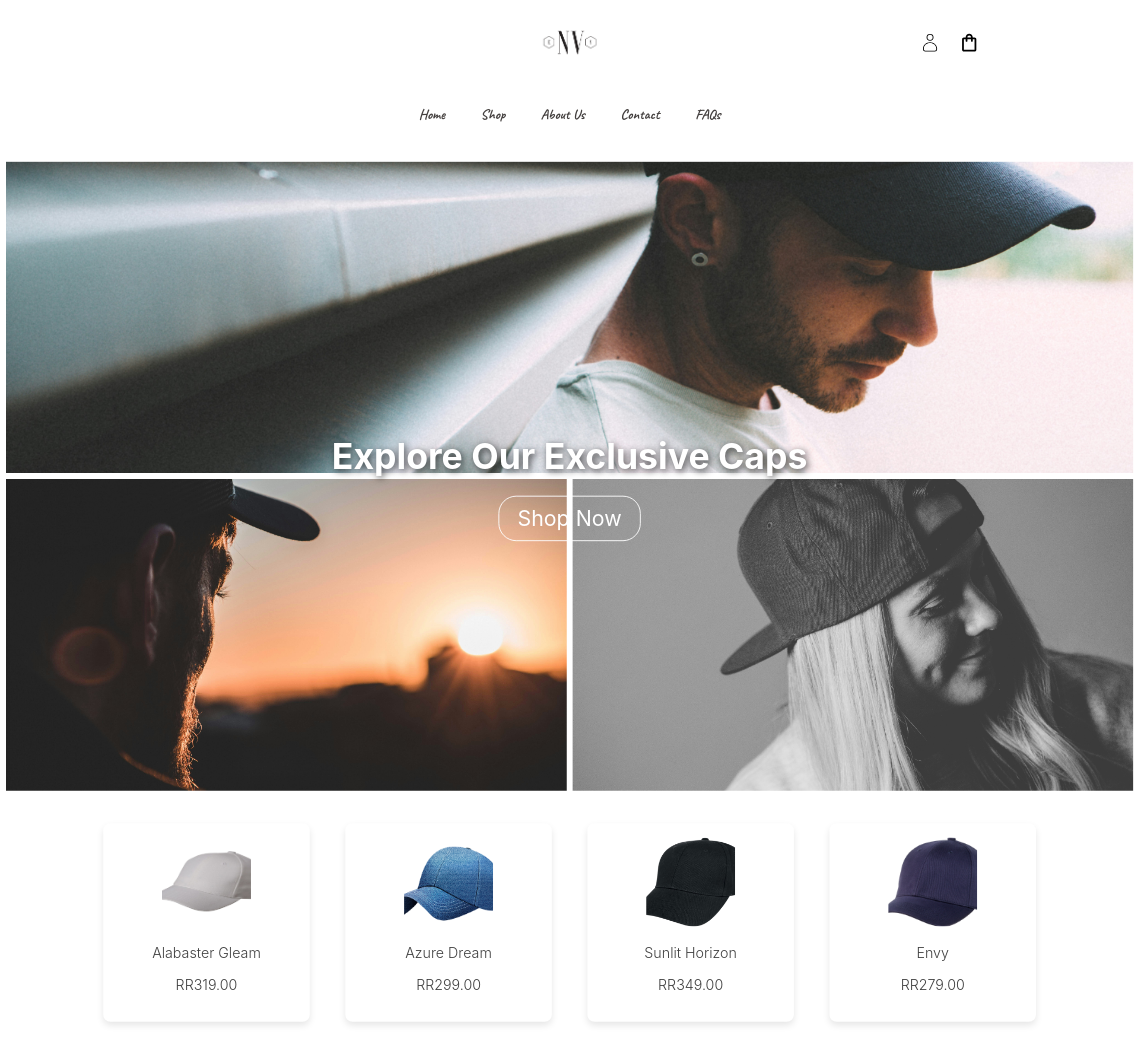
Repository: lasity34/new-envy
Page: / (app in my-new-envy/)
The author's editor kept a copy of each file at every save. The page is drawn from the files as they stood at one save, then again after the next save.
The browser window is 1280 px wide. The pictures show the whole page, at 89% of full size.
The project was rebuilt for these pictures with package versions that can differ from the ones it lists, and the page was loaded fresh each time.

Above is the page before, as saved 2024-04-22 13:48:57.

After the next save:
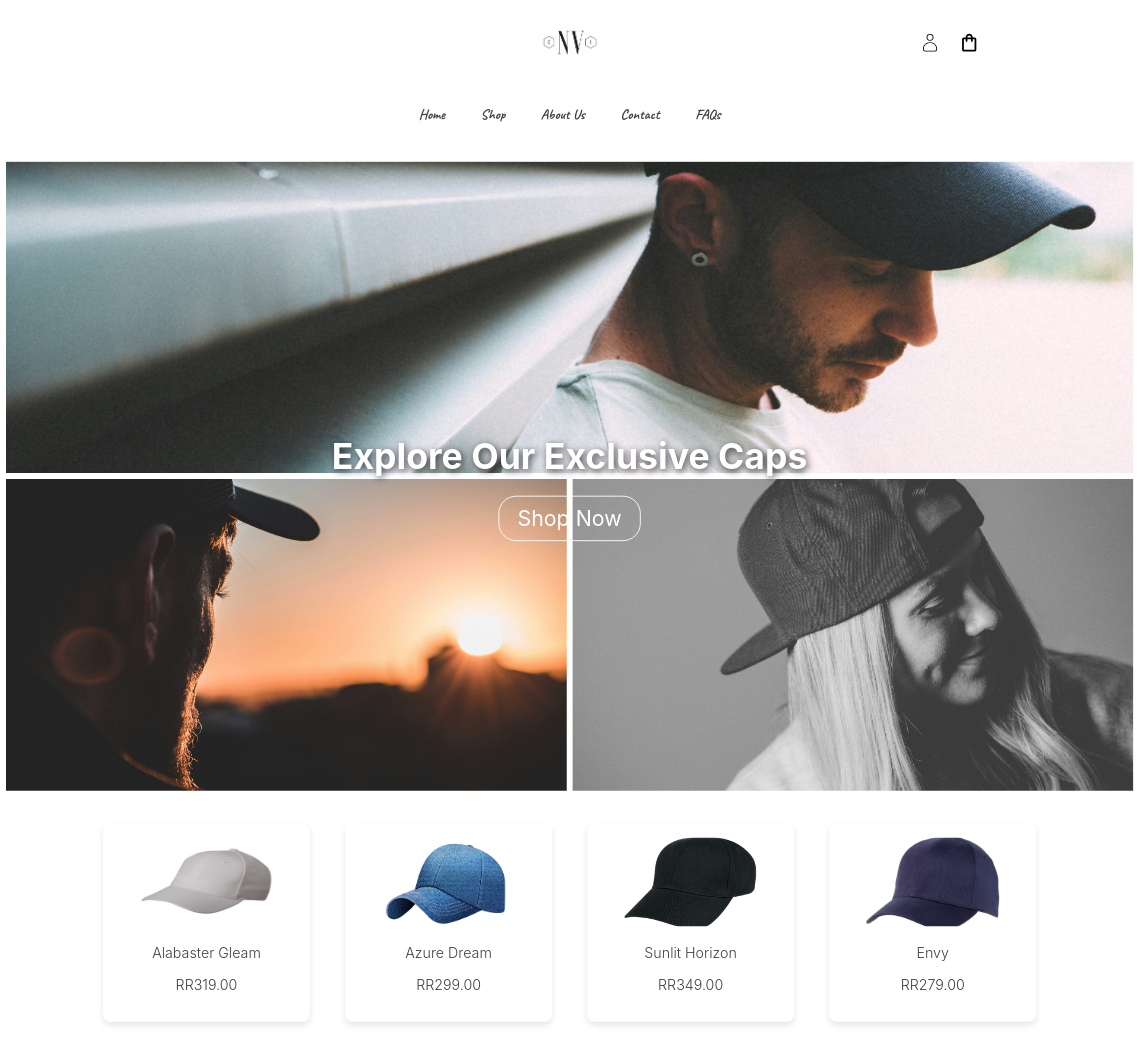
Saved 28 s later.
--- a/my-new-envy/src/components/ProductCard.tsx
+++ b/my-new-envy/src/components/ProductCard.tsx
@@ -14,7 +14,7 @@ const CardContainer = styled.div`
 `;
 
 const ProductImage = styled.img`
-    width: 100px;  // Set specific width
+    width: 150px;  // Set specific width
     height: 100px; // Set specific height to maintain uniformity
     margin-bottom: 10px;
     border-radius: 4px; // Rounds the corners of the image
